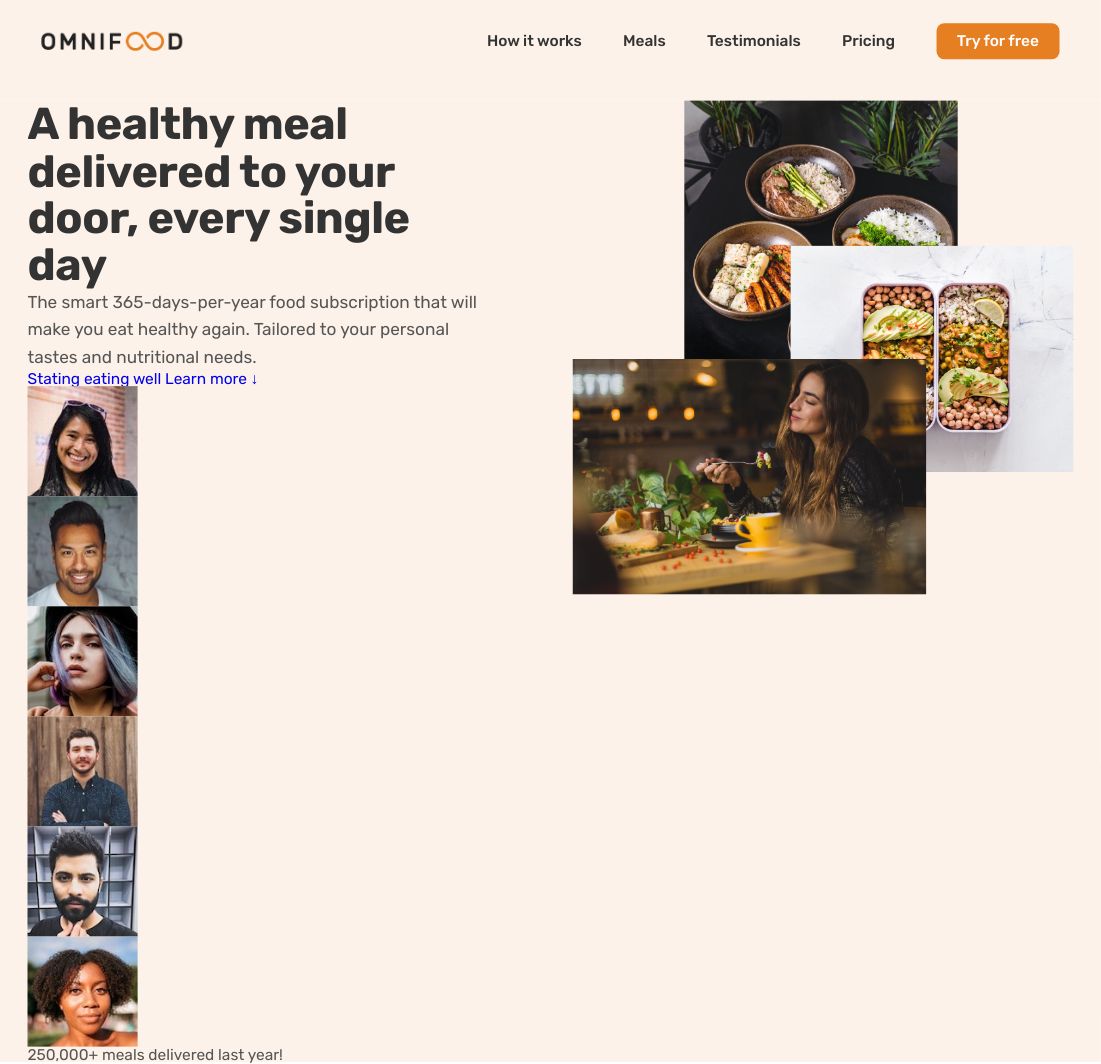
Repository: longvuht/omnifood-vu-nl
Page: index.html
An editor plug-in stored every save of this project. The page is shown before and after the next save, followed by the edit.
The browser window is 1280 px wide. The pictures show the whole page, at 86% of full size.
The style sheet was rebuilt from its Sass, Less or Tailwind sources for each picture, by a compiler version that may differ from the author's.

Above is the page before, as saved 2022-09-18 18:02:18.

### index.html
<!DOCTYPE html>
<html lang="en">
  <head>
    <meta charset="UTF-8" />
    <meta name="viewport" content="width=device-width, initial-scale=1.0" />
    <link rel="preconnect" href="https://fonts.googleapis.com" />
    <link rel="preconnect" href="https://fonts.gstatic.com" crossorigin />
    <link
      href="https://fonts.googleapis.com/css2?family=Rubik:wght@400;500;600;700&display=swap"
      rel="stylesheet"
    />
    <link rel="stylesheet" href="./css/style.css" />
    <title>Omnifood vu-nl</title>
  </head>
  <body>
    <div class="wrapper">
      <header class="header">
        <div class="header__container">
          <div class="header__logo">
            <a href="#none" class="header__link"
              ><img
                src="./image/omnifood-logo.png"
                alt="logo omnifood-logo"
                class="header__image"
            /></a>
          </div>
          <div class="header__menu">
            <ul class="header__list">
              <li class="header__item">
                <a href="#none" class="header__link">How it works</a>
              </li>
              <li class="header__item">
                <a href="#none" class="header__link">Meals</a>
              </li>
              <li class="header__item">
                <a href="#none" class="header__link">Testimonials</a>
              </li>
              <li class="header__item">
                <a href="#none" class="header__link">Pricing</a>
              </li>
              <li class="header__item">
                <a href="#none" class="header__link">Try for free</a>
              </li>
            </ul>
          </div>
        </div>
      </header>
      <section class="hero">
        <div class="hero__container">
          <div class="hero__info">
            <h1 class="hero__heading">
              A healthy meal delivered to your door, every single day
            </h1>
            <p class="text-lg hero__desc">
              The smart 365-days-per-year food subscription that will make you
              eat healthy again. Tailored to your personal tastes and
              nutritional needs.
            </p>
            <a href="#none" class="button button--primary"
              >Stating eating well</a
            >
            <a href="#none" class="button button--secondary"
              >Learn more &ShortDownArrow;</a
            >
            <div class="hero__meals">
              <div class="hero__meals-customer">
                <img
                  src="./image/customers/customer-1.jpg"
                  alt="customer image"
                  class="hero__meals-image"
                />
                <img
                  src="./image/customers/customer-2.jpg"
                  alt="customer image"
                  class="hero__meals-image"
                />
                <img
                  src="./image/customers/customer-3.jpg"
                  alt="customer image"
                  class="hero__meals-image"
                />
                <img
                  src="./image/customers/customer-4.jpg"
                  alt="customer image"
                  class="hero__meals-image"
                />
                <img
                  src="./image/customers/customer-5.jpg"
                  alt="customer image"
                  class="hero__meals-image"
                />
                <img
                  src="./image/customers/customer-6.jpg"
                  alt="customer image"
                  class="hero__meals-image"
                />
              </div>
              <p class="hero__meals-delivered">
                <span>250,000+</span> meals delivered last year!
              </p>
            </div>
          </div>
          <div class="hero__image">
            <img
              src="./image/hero.png"
              alt="woman enjoying food, meals in strorage container, and food bowls on a table"
            />
          </div>
        </div>
      </section>
    </div>
  </body>
</html>

### sass/app.scss
@import "reset";
@import "variables";
@import "typography";
@import "global";
@import "header";
@import "hero";

### sass/_reset.scss
html {
  box-sizing: border-box;
}
* {
  margin: 0;
  padding: 0;
}
*,
*:before,
*:after {
  box-sizing: border-box;
}
input,
textarea,
select,
button {
  outline: none;
}
input {
  line-height: normal;
}
label,
button {
  cursor: pointer;
}
a {
  text-decoration: none;
}
img {
  display: block;
  max-width: 100%;
}
html {
  font-size: 62.5%;
}

### sass/_variables.scss
$primary-color: #fdf2e9;
$secondary-color: #e67e22;
$heading-color: #333;
$logo-color: #808080;
$text-color: #555;
$font: "Rubik", sans-serif;

### sass/_typography.scss
h1 {
  font-size: 5.2rem;
  font-weight: 700;
  letter-spacing: -0.5px;
  line-height: calc(54.6 / 52);
  color: $heading-color;
}
h2 {
  font-size: 4.4rem;
  font-weight: 700;
  letter-spacing: -0.5px;
  line-height: calc(52.8 / 44);
  color: $heading-color;
}
h3 {
  font-size: 3rem;
  font-weight: 700;
  letter-spacing: -0.5px;
  line-height: calc(36 / 30);
  counter-reset: $heading-color;
}
.text-lg {
  font-size: 2rem;
  line-height: calc(32 / 20);
}

### sass/_global.scss
body {
  font-family: $font;
  font-size: 1.8rem;
  line-height: 1;
  font-weight: 400;
  color: #555;
}
.container {
  max-width: 120rem;
  margin: 0 auto;
}

### sass/_header.scss
.header {
  &__container {
    padding: 2.7rem 4.8rem;
    display: flex;
    justify-content: space-between;
    align-items: center;
    background-color: $primary-color;
    padding-bottom: 4.8rem;
  }
  &__image {
    height: 2.2rem;
  }
  &__list {
    display: flex;
    justify-content: space-between;
    align-items: center;
    gap: 0 4.8rem;
    list-style-type: none;
  }
  &__item {
    &:last-child {
      padding: 1.2rem 2.4rem;
      color: #fff;
      background-color: $secondary-color;
      border-radius: 0.9rem;
      & .header__link {
        color: #fff;
      }
    }
  }
  &__link {
    color: $heading-color;
    font-weight: 500;
  }
}

### sass/_hero.scss
.hero {
  background-color: $primary-color;
  &__container {
    max-width: 130rem;
    margin: 0 auto;
    padding: 0 3.2rem;
    display: flex;
    justify-content: space-between;
    gap: 0 9.6rem;
  }
}

After the next save:
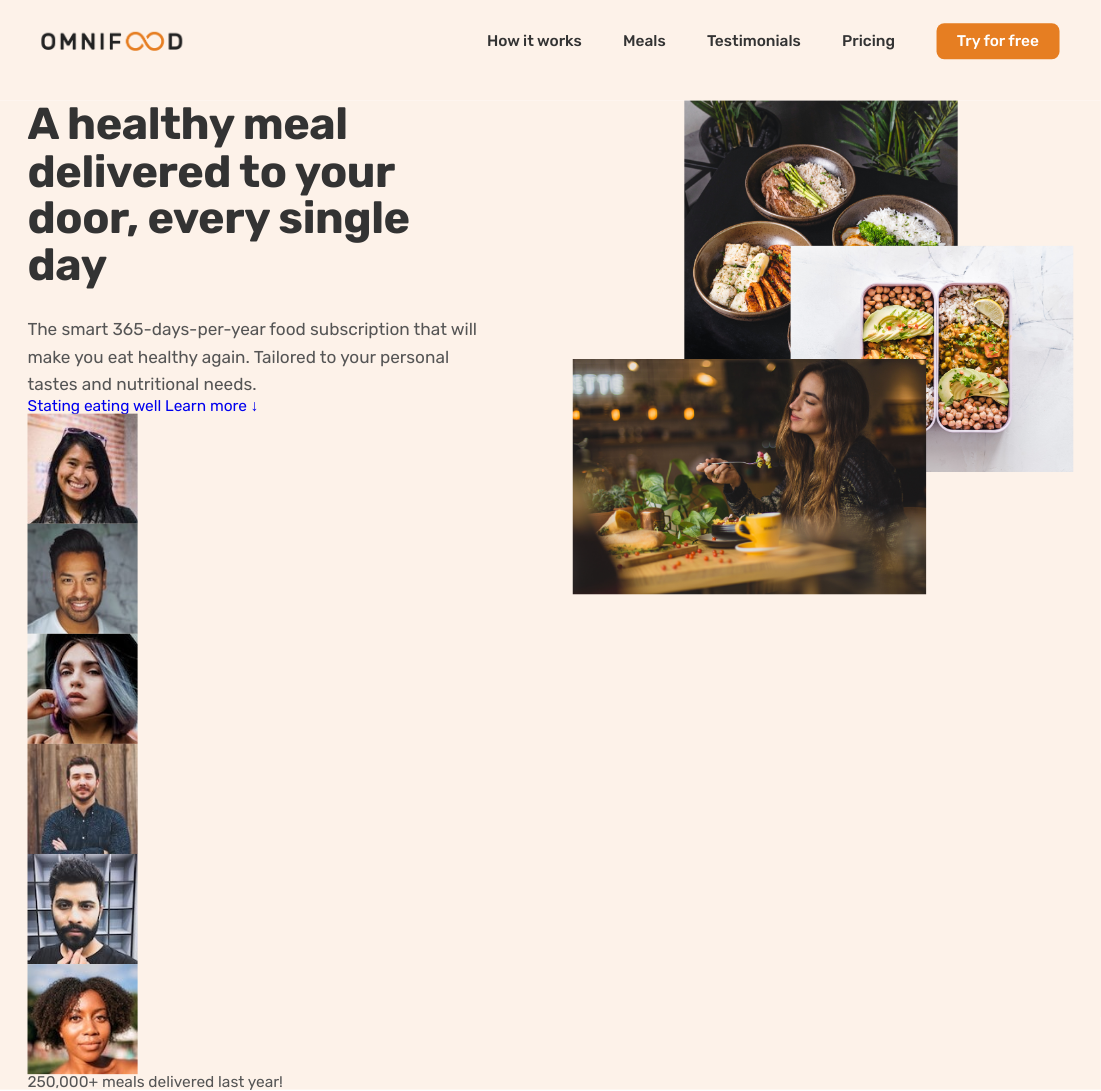
Saved 97 s later.
--- a/sass/_typography.scss
+++ b/sass/_typography.scss
@@ -4,6 +4,7 @@
   letter-spacing: -0.5px;
   line-height: calc(54.6 / 52);
   color: $heading-color;
+  margin-bottom: 3.2rem;
 }
 h2 {
   font-size: 4.4rem;
